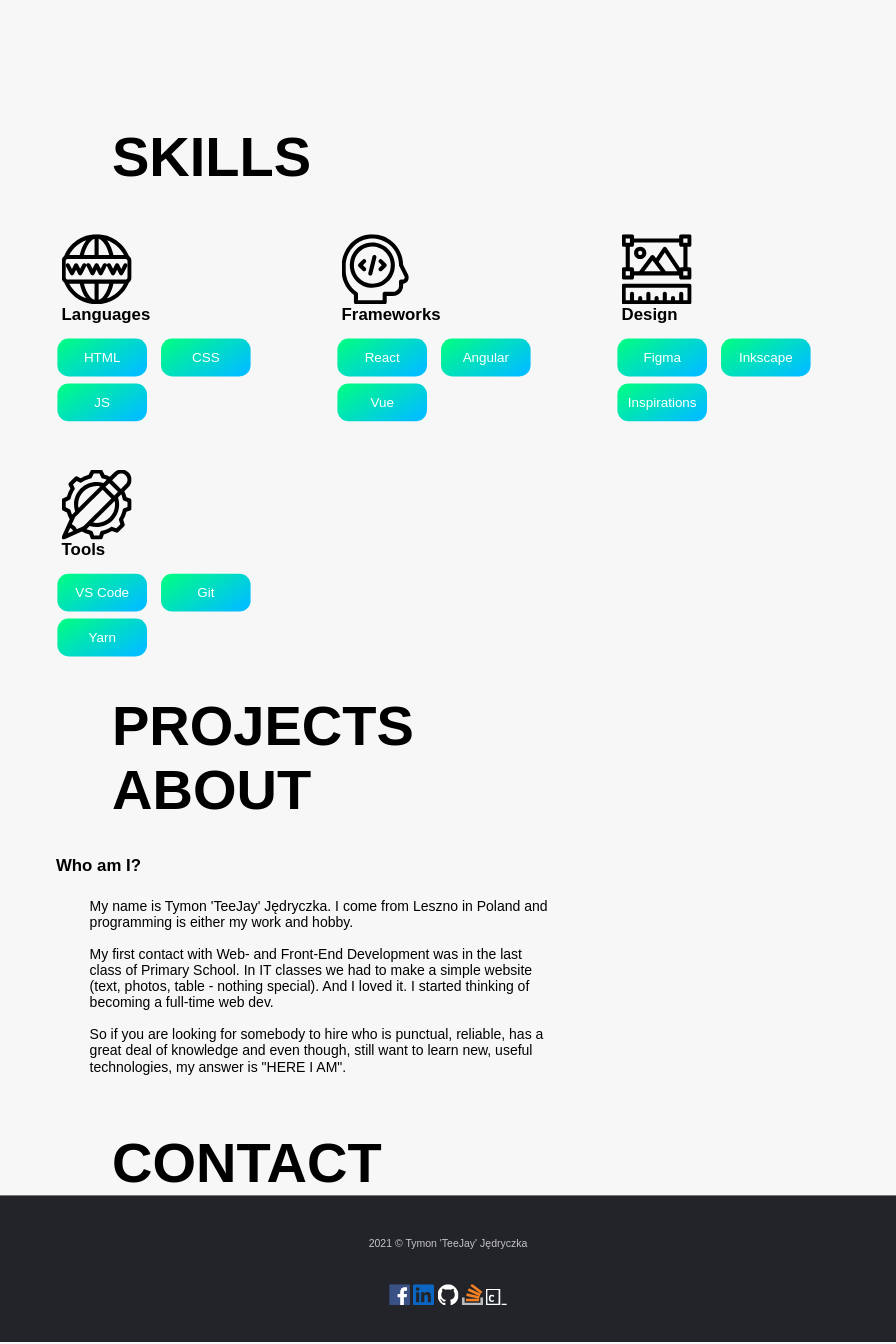
Repository: TeeJaysDev/Portfolio
Page: index.html
These files come from the project's save history. The page is drawn as it stood at one moment and after the next save; the edit follows.
The browser window is 1280 px wide. The pictures show the part of the page from y = 884 to 2804 px (the page is 2804 px tall before and 2676 px after), at 70% of full size.

Above is the page before, as saved 2021-04-24 20:48:33.

After the next save:
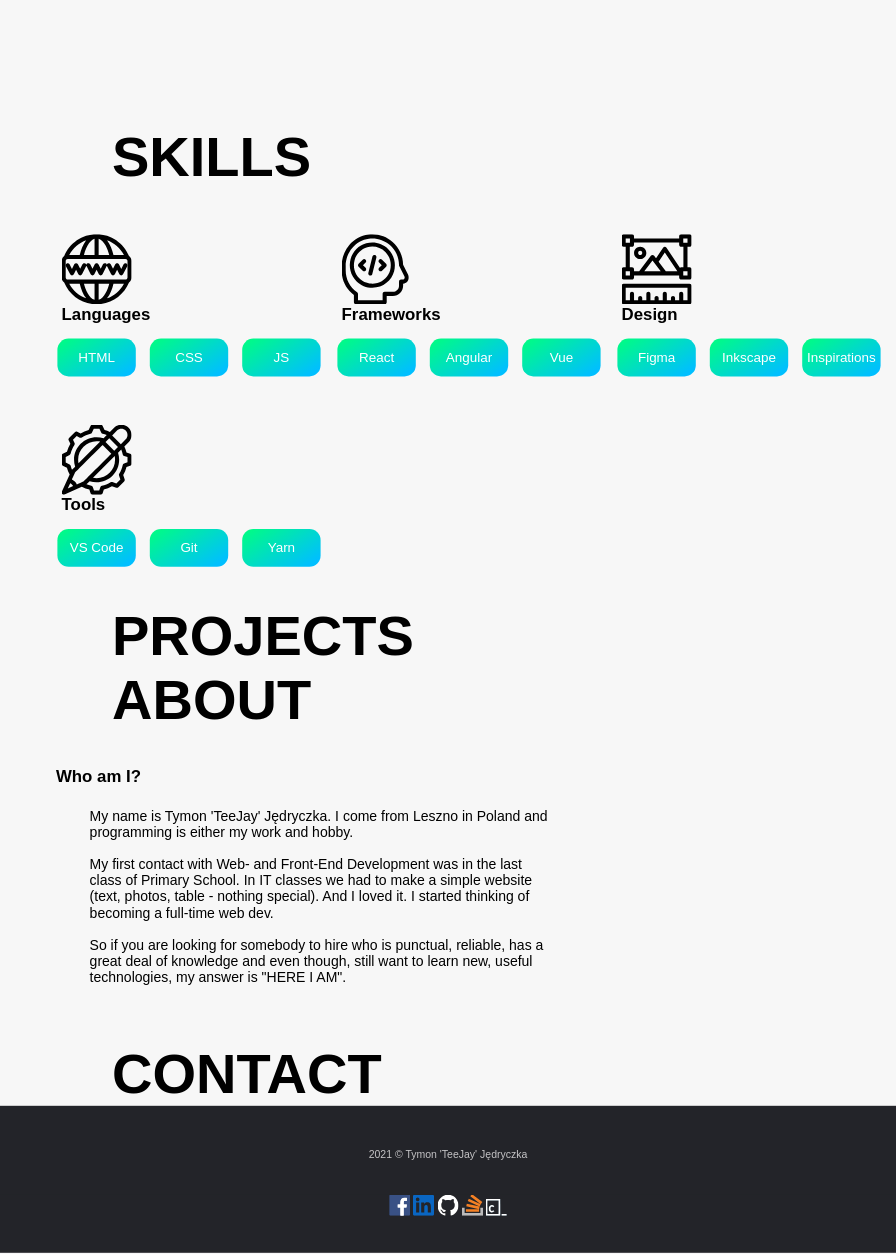
Saved 6 s later.
--- a/style.css
+++ b/style.css
@@ -80,7 +80,7 @@ h1 {
     align-items: center;
     border-radius: 1rem;
     margin: 5px 10px;
-    width: 8rem;
+    width: 7rem;
     background-image: linear-gradient(147deg,#00FF7F,#00BFFF 90%);
     padding-top: 1rem;
     padding-bottom: 1rem;
